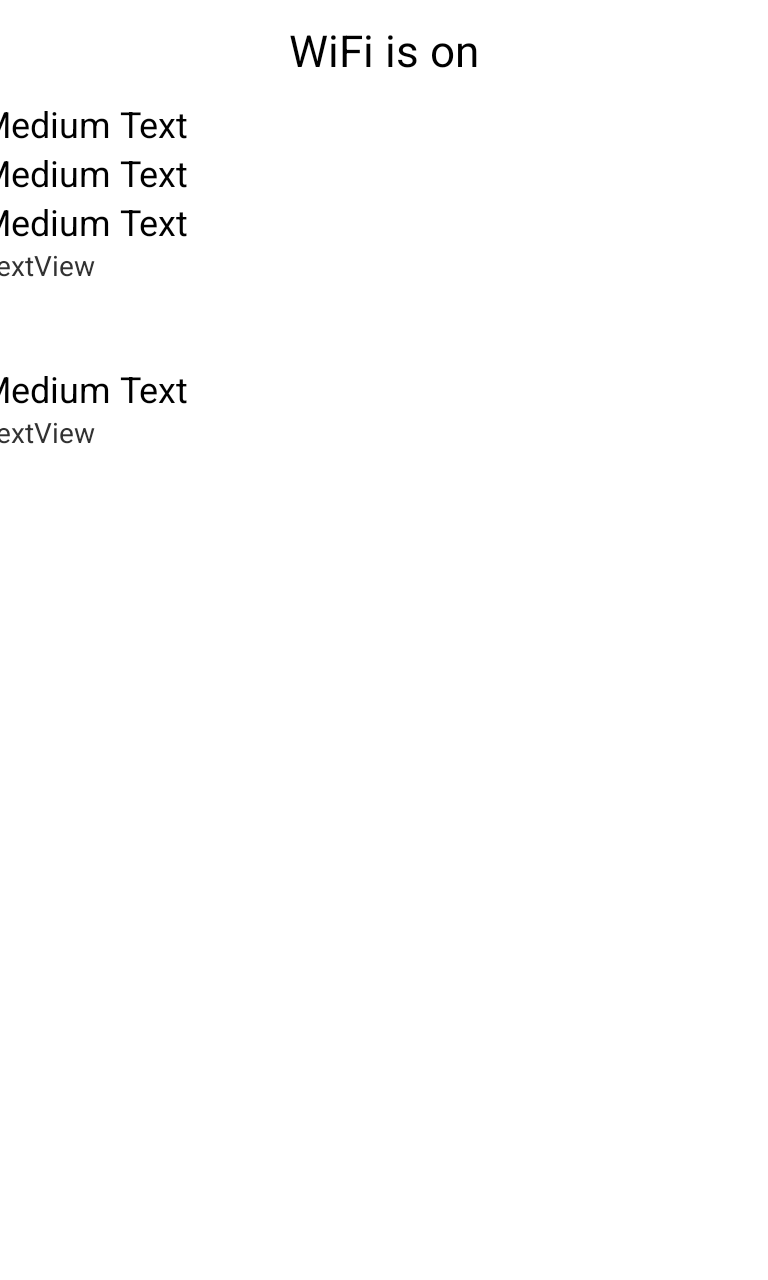
Repository: SimonIsMe/workspace_android
Layout: lista3/res/layout/wifi.xml
The author's editor kept a copy of each file at every save. The layout is drawn from the files as they stood at one save, then again after a run of saves.
It is drawn on a 768 x 1280 px phone screen (xhdpi) without system bars, with theme AppTheme; the app's code is not run.

Above is the layout before, as saved 2012-12-05 13:56:36.

### lista3/res/layout/wifi.xml
<RelativeLayout xmlns:android="http://schemas.android.com/apk/res/android"
    xmlns:tools="http://schemas.android.com/tools"
    android:layout_width="fill_parent"
    android:layout_height="fill_parent"
    android:layout_marginBottom="10dp"
    android:layout_marginTop="10dp" >

    <TextView
        android:id="@+id/wifi_title"
        android:layout_width="fill_parent"
        android:layout_height="wrap_content"
        android:layout_gravity="center"
        android:layout_marginTop="10dp"
        android:layout_marginBottom="10dp"
        android:gravity="center"
        android:text="WiFi is on"
        android:textAppearance="?android:attr/textAppearanceLarge" />

    <ScrollView
        android:layout_width="fill_parent"
        android:layout_height="fill_parent"
        android:layout_below="@+id/wifi_title" >

        <TableLayout
            android:layout_width="fill_parent"
            android:layout_height="fill_parent"
            android:layout_gravity="center_horizontal"
            android:layout_marginRight="20dp" >

            <TableRow
                android:id="@+id/tableRow1"
                android:layout_width="fill_parent"
                android:layout_height="wrap_content"
                android:layout_marginRight="20dp" >

                 <TextView
                    android:id="@+id/name_0"
                    android:layout_width="wrap_content"
                    android:layout_height="wrap_content"
                    android:text="Medium Text"
                    android:textAppearance="?android:attr/textAppearanceMedium" />

            </TableRow>

            <TableRow
                android:id="@+id/tableRow1"
                android:layout_width="fill_parent"
                android:layout_height="wrap_content"
                android:layout_marginRight="20dp" >

                 <TextView
                    android:id="@+id/name_1"
                    android:layout_width="wrap_content"
                    android:layout_height="wrap_content"
                    android:text="Medium Text"
                    android:textAppearance="?android:attr/textAppearanceMedium" />

            </TableRow>

            <TableRow
                android:id="@+id/tableRow1"
                android:layout_width="fill_parent"
                android:layout_height="wrap_content"
                android:layout_marginRight="20dp" >

                 <TextView
                    android:id="@+id/name_2"
                    android:layout_width="wrap_content"
                    android:layout_height="wrap_content"
                    android:text="Medium Text"
                    android:textAppearance="?android:attr/textAppearanceMedium" />

            </TableRow>

            <TableRow
                android:id="@+id/tableRow1"
                android:layout_width="fill_parent"
                android:layout_height="wrap_content"
                android:layout_marginBottom="40dp"
                android:layout_marginRight="20dp" >

                <TextView
                    android:id="@+id/name_3"
                    android:layout_width="wrap_content"
                    android:layout_height="wrap_content"
                    android:text="TextView" />

            </TableRow>

            <TableRow
                android:id="@+id/tableRow1"
                android:layout_width="fill_parent"
                android:layout_height="wrap_content"
                android:layout_marginRight="20dp" >

                 <TextView
                    android:id="@+id/textView2"
                    android:layout_width="wrap_content"
                    android:layout_height="wrap_content"
                    android:text="Medium Text"
                    android:textAppearance="?android:attr/textAppearanceMedium" />

            </TableRow>

            <TableRow
                android:id="@+id/tableRow1"
                android:layout_width="fill_parent"
                android:layout_height="wrap_content"
                android:layout_marginBottom="40dp"
                android:layout_marginRight="20dp" >

                <TextView
                    android:id="@+id/textView1"
                    android:layout_width="wrap_content"
                    android:layout_height="wrap_content"
                    android:text="TextView" />

            </TableRow>

        </TableLayout>

    </ScrollView>

</RelativeLayout>

Loaded but not shown: lista3/res/values/styles.xml (common file)

After the next 3 saves:
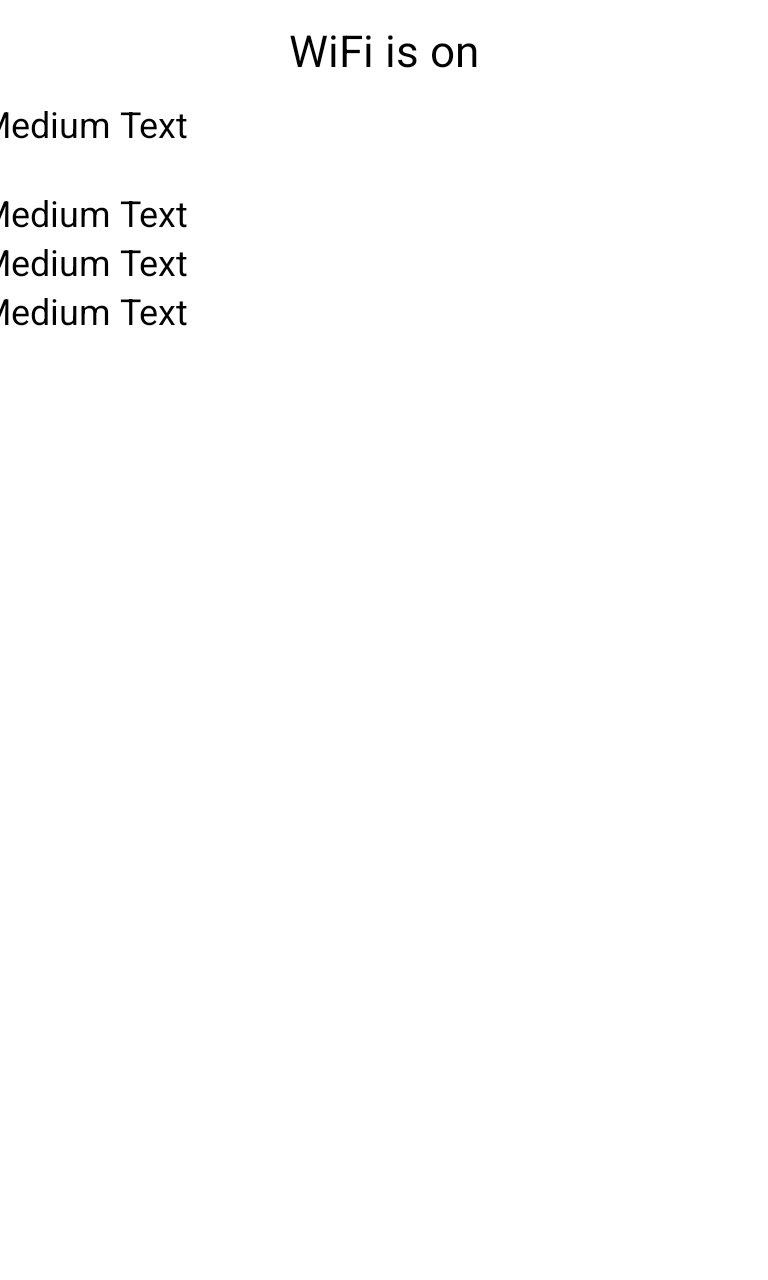
The 3 saves are shown as one change because 1 did not build or start and some came seconds apart.
The last was saved 84 s later.
--- a/lista3/res/layout/wifi.xml
+++ b/lista3/res/layout/wifi.xml
@@ -31,7 +31,8 @@
                 android:id="@+id/tableRow1"
                 android:layout_width="fill_parent"
                 android:layout_height="wrap_content"
-                android:layout_marginRight="20dp" >
+                android:layout_marginRight="20dp"
+                android:layout_marginBottom="20dp" >
 
                  <TextView
                     android:id="@+id/name_0"
@@ -76,21 +77,6 @@
                 android:id="@+id/tableRow1"
                 android:layout_width="fill_parent"
                 android:layout_height="wrap_content"
-                android:layout_marginBottom="40dp"
-                android:layout_marginRight="20dp" >
-
-                <TextView
-                    android:id="@+id/name_3"
-                    android:layout_width="wrap_content"
-                    android:layout_height="wrap_content"
-                    android:text="TextView" />
-
-            </TableRow>
-
-            <TableRow
-                android:id="@+id/tableRow1"
-                android:layout_width="fill_parent"
-                android:layout_height="wrap_content"
                 android:layout_marginRight="20dp" >
 
                  <TextView
@@ -102,21 +88,6 @@
 
             </TableRow>
 
-            <TableRow
-                android:id="@+id/tableRow1"
-                android:layout_width="fill_parent"
-                android:layout_height="wrap_content"
-                android:layout_marginBottom="40dp"
-                android:layout_marginRight="20dp" >
-
-                <TextView
-                    android:id="@+id/textView1"
-                    android:layout_width="wrap_content"
-                    android:layout_height="wrap_content"
-                    android:text="TextView" />
-
-            </TableRow>
-
         </TableLayout>
 
     </ScrollView>
